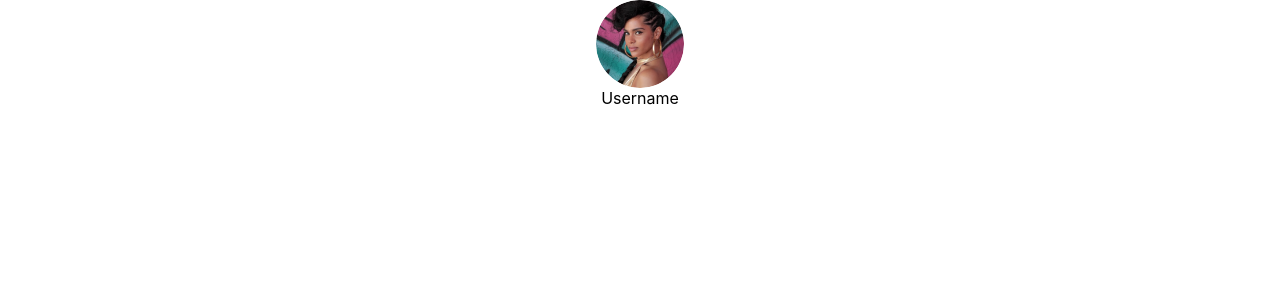
Repository: uh-sman/Zuri-task-one
Page: /
The author's editor kept a copy of each file at every save. The page is drawn from the files as they stood at one save, then again after the next save.
The browser window is 1280 px wide. The pictures show the whole page.
The project was rebuilt for these pictures with package versions that can differ from the ones it lists, and the page was loaded fresh each time.

Above is the page before, as saved 2022-10-23 18:00:54.

After the next save:
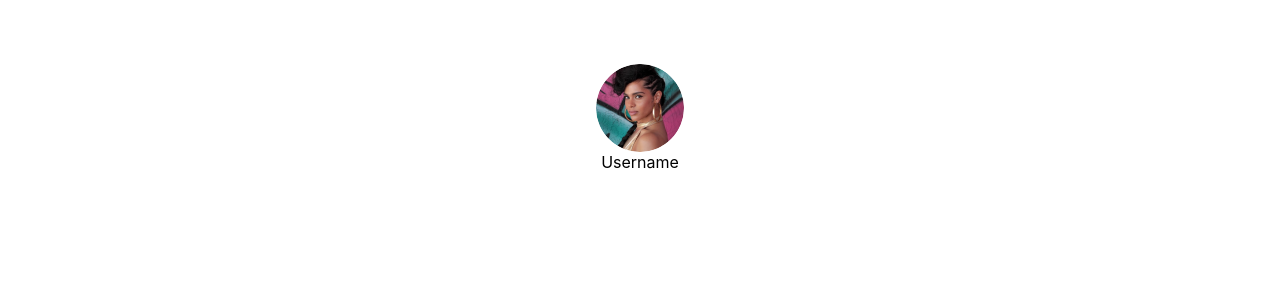
Saved 74 s later.
--- a/src/Components/dashboard.css
+++ b/src/Components/dashboard.css
@@ -16,4 +16,5 @@
   left: 532px;
   top: 0px;
   border-radius: 275px;
+  margin-top: 64px;
 }
